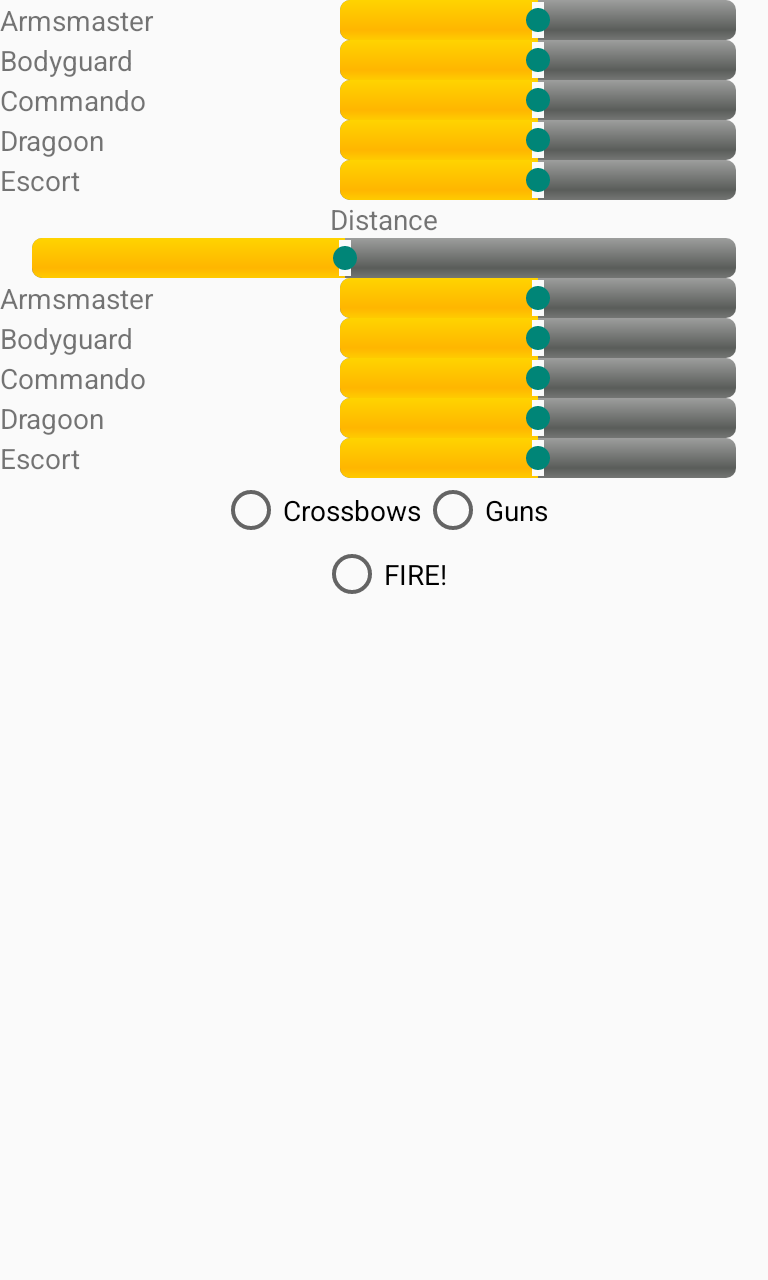
Repository: bryanpope/TARR
Layout: workspace/helloworld/res/layout/activity_hello_world.xml
These files come from the project's save history. The layout is drawn as it stood at one moment and after the next save; the edit follows.
It is drawn on a 768 x 1280 px phone screen (xhdpi) without system bars, with theme AppTheme; the app's code is not run.

Above is the layout before, as saved 2014-06-01 23:34:51.

After the next save:
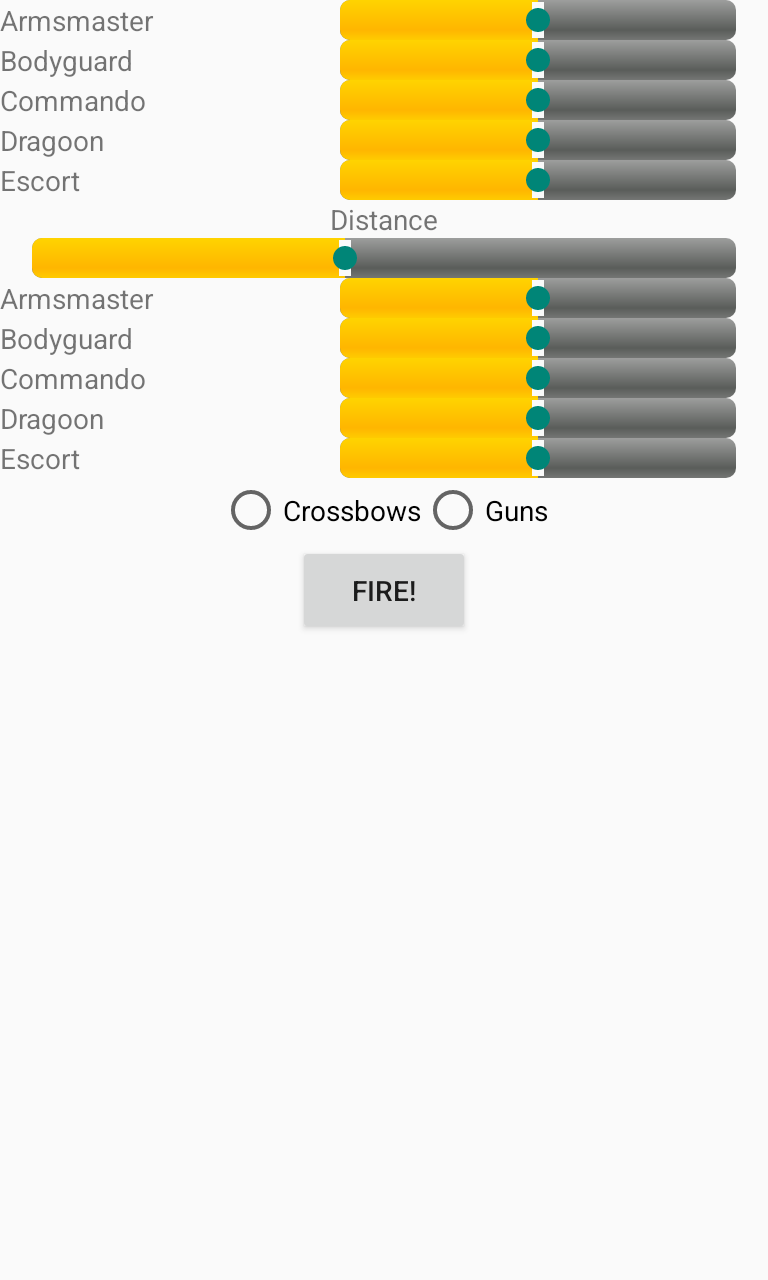
Saved 25 s later.
--- a/workspace/helloworld/res/layout/activity_hello_world.xml
+++ b/workspace/helloworld/res/layout/activity_hello_world.xml
@@ -249,7 +249,7 @@
 	        android:text="@string/guns" />
 	</RadioGroup>
 
-    <RadioButton
+    <Button
         android:id="@+id/buttonFire"
         android:layout_width="wrap_content"
         android:layout_height="wrap_content"
